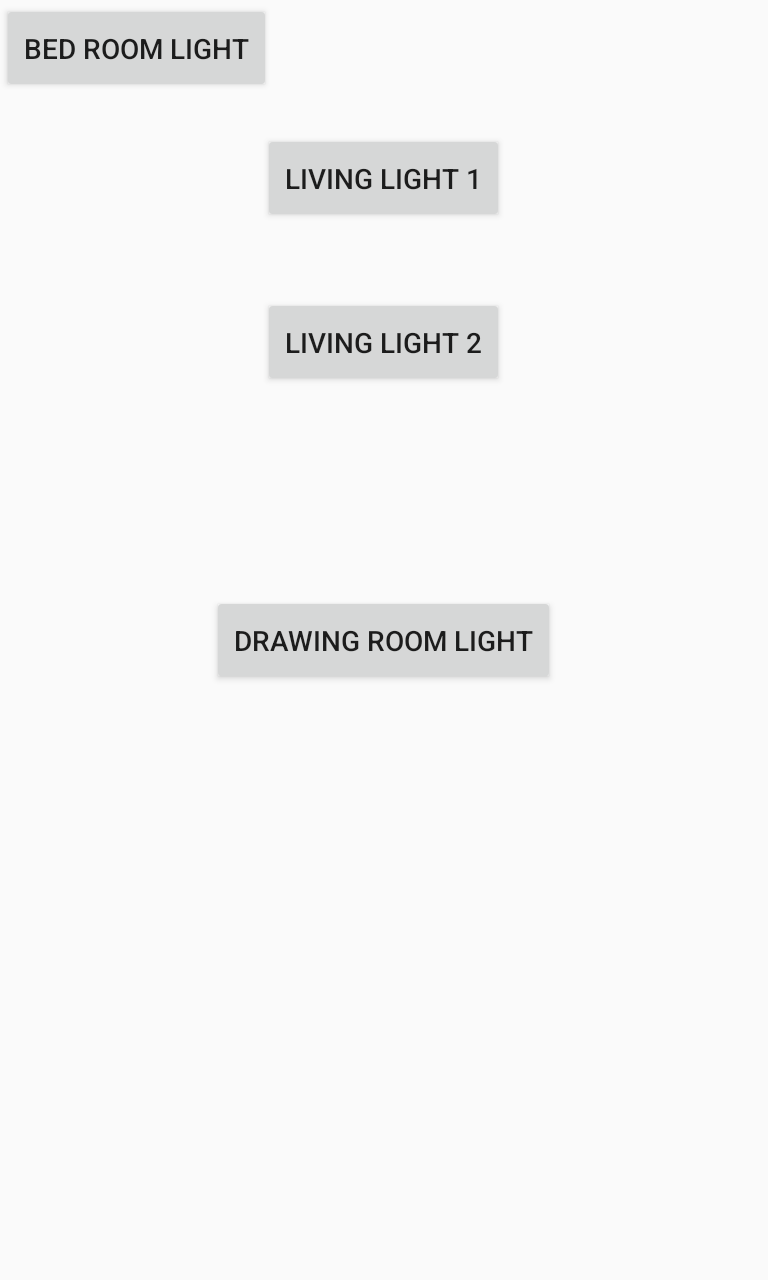
Repository: LogInc/oscar_app
Layout: Android/Oscar/res/layout/activity_rooms.xml
An editor plug-in stored every save of this project. The layout is shown before and after the next save, followed by the edit.
It is drawn on a 768 x 1280 px phone screen (xhdpi) without system bars, with theme AppTheme; the app's code is not run.

Above is the layout before, as saved 2015-03-05 11:57:07.

### Android/Oscar/res/layout/activity_rooms.xml
<?xml version="1.0" encoding="utf-8"?>
<RelativeLayout xmlns:android="http://schemas.android.com/apk/res/android"
    android:layout_width="match_parent"
    android:layout_height="match_parent" >

    <Button
        android:id="@+id/Living1"
        android:layout_width="wrap_content"
        android:layout_height="wrap_content"
        android:layout_alignParentTop="true"
        android:layout_centerHorizontal="true"
        android:layout_marginTop="65dp"
        android:text="Living Light 1" />

     <Button
         android:id="@+id/Living2"
         android:layout_width="wrap_content"
         android:layout_height="wrap_content"
         android:layout_alignLeft="@+id/Living1"
         android:layout_below="@+id/Living1"
         android:layout_marginTop="34dp"
         android:text="Living Light 2" />

     <Button
         android:id="@+id/DrawingRoom"
         android:layout_width="wrap_content"
         android:layout_height="wrap_content"
         android:layout_centerHorizontal="true"
         android:layout_centerVertical="true"
         android:text="Drawing Room Light" />

     <Button
        android:id="@+id/BedRoom"
        android:layout_width="wrap_content"
        android:layout_height="wrap_content"
        android:text="Bed Room Light" />

</RelativeLayout>

Loaded but not shown: Android/Oscar/res/values/styles.xml (common file); Android/Oscar/res/values-v11/styles.xml (common file); Android/Oscar/res/values-v14/styles.xml (common file)

After the next save:
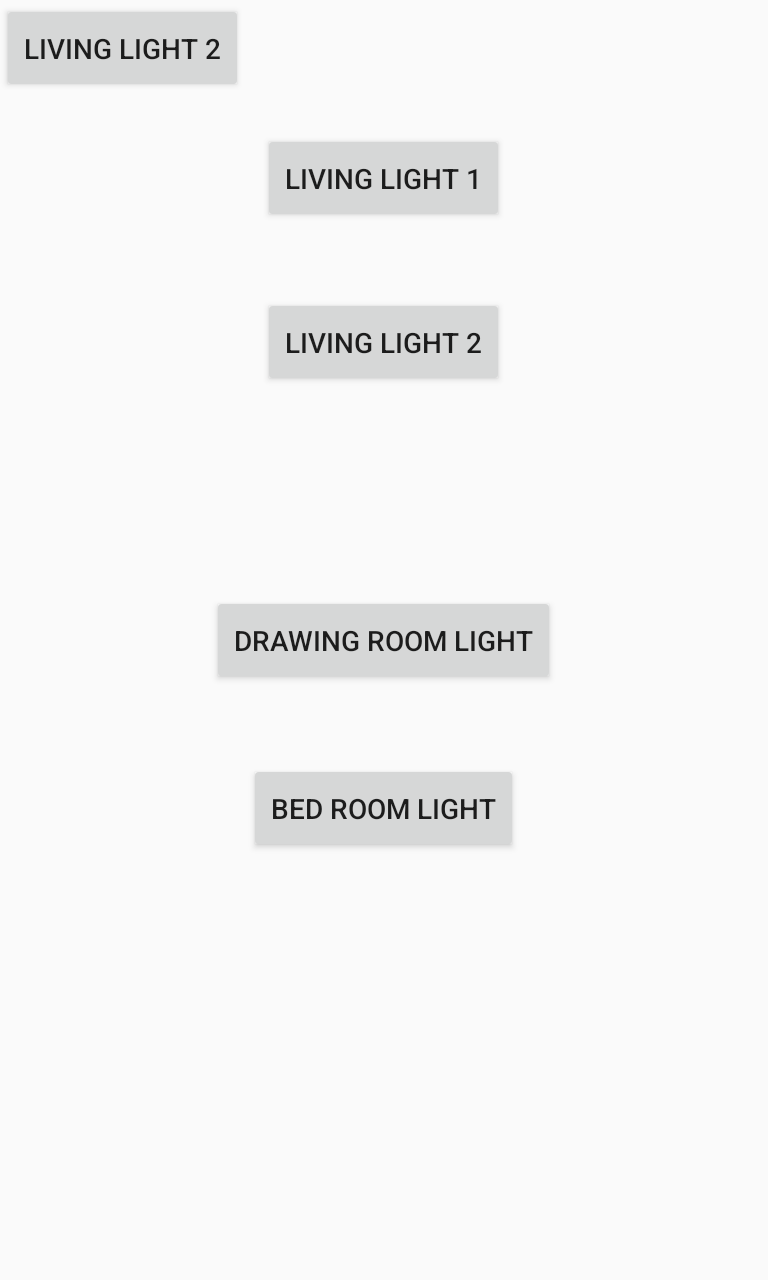
Saved 27 s later.
--- a/Android/Oscar/res/layout/activity_rooms.xml
+++ b/Android/Oscar/res/layout/activity_rooms.xml
@@ -30,9 +30,18 @@
          android:text="Drawing Room Light" />
 
      <Button
-        android:id="@+id/BedRoom"
+         android:id="@+id/BedRoom"
+         android:layout_width="wrap_content"
+         android:layout_height="wrap_content"
+         android:layout_below="@+id/DrawingRoom"
+         android:layout_centerHorizontal="true"
+         android:layout_marginTop="36dp"
+         android:text="Bed Room Light" />
+
+     <Button
+        android:id="@+id/Study Room"
         android:layout_width="wrap_content"
         android:layout_height="wrap_content"
-        android:text="Bed Room Light" />
+        android:text="Living Light 2" />
 
 </RelativeLayout>
